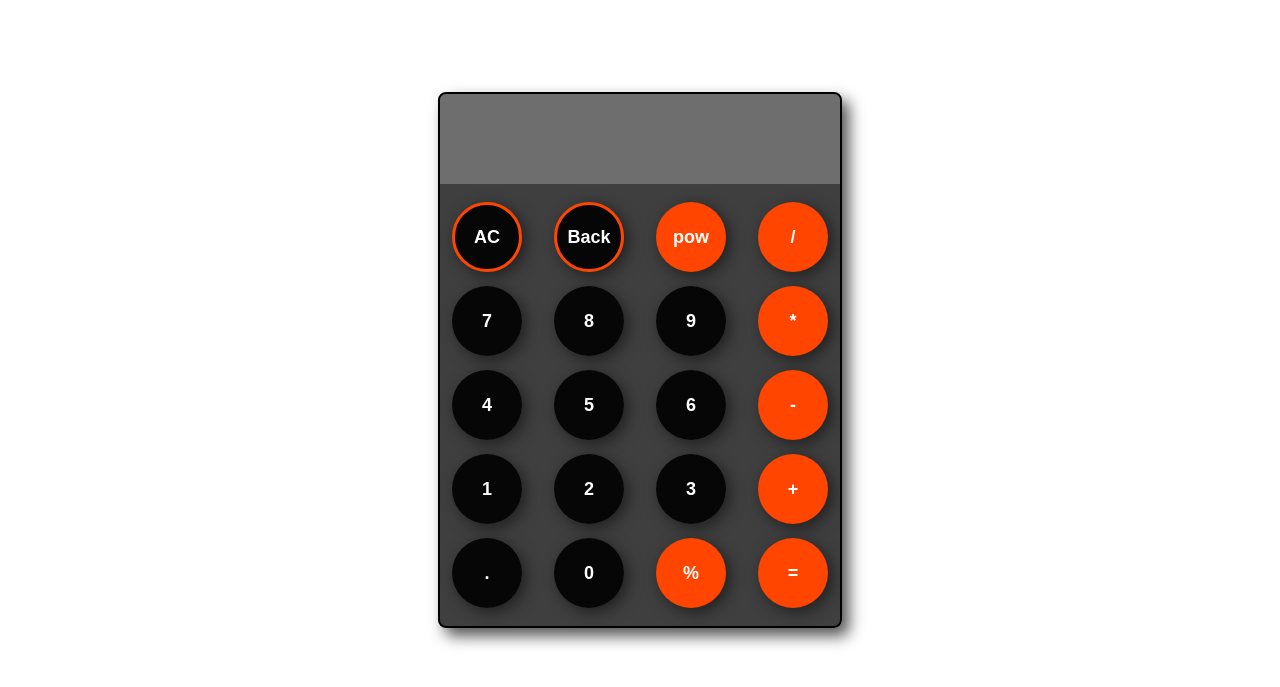
Repository: SakthivelDurai47/calculator
Page: index.html
The author's editor kept a copy of each file at every save. The page is drawn from the files as they stood at one save, then again after the next save.
The browser window is 1280 px wide. The pictures show the whole page.

Above is the page before, as saved 2025-04-13 15:57:27.

### index.html
<!DOCTYPE html>
<html lang="en">
  <head>
    <meta charset="UTF-8" />
    <meta name="viewport" content="width=device-width, initial-scale=1.0" />
    <title>Calculator</title>
    <link rel="stylesheet" href="styles.css" />
  </head>
  <body>
    <div id="calculator">
      <input id="display" readonly />
      <div id="buttons">
        <button onclick="clearDisplay()" class="control">AC</button>
        <button onclick="removeFromDisplay()" class="control">Back</button>
        <button onclick="addToDisplay('**')" class="operator">pow</button>
        <button onclick="addToDisplay('/')" class="operator">/</button>
        <button onclick="addToDisplay('7')">7</button>
        <button onclick="addToDisplay('8')">8</button>
        <button onclick="addToDisplay('9')">9</button>
        <button onclick="addToDisplay('*')" class="operator">*</button>
        <button onclick="addToDisplay('4')">4</button>
        <button onclick="addToDisplay('5')">5</button>
        <button onclick="addToDisplay('6')">6</button>
        <button onclick="addToDisplay('-')" class="operator">-</button>
        <button onclick="addToDisplay('1')">1</button>
        <button onclick="addToDisplay('2')">2</button>
        <button onclick="addToDisplay('3')">3</button>
        <button onclick="addToDisplay('+')" class="operator">+</button>
        <button onclick="addToDisplay('.')">.</button>
        <button onclick="addToDisplay('0')">0</button>
        <button onclick="addToDisplay('%')" class="operator">%</button>
        <button onclick="calculate()" class="operator">=</button>
      </div>
    </div>
    <script src="index.js"></script>
  </body>
</html>

### styles.css
body {
  margin: 0;
  display: flex;
  justify-content: center;
  align-items: center;
  height: 100vh;
}
#buttons {
  display: grid;
  grid-template-columns: repeat(4, 1fr);
  gap: 8px;
  align-items: center;
  justify-items: center;
}
button {
  width: 70px;
  height: 70px;
  border-radius: 35px;
  border: none;
  background-color: rgba(0, 0, 0, 0.9);
  color: white;
  font-size: large;
  font-weight: bold;
  margin: 3px;
  margin-left: 10px;
  margin-right: 10px;
  box-shadow: 4px 4px 15px rgba(0, 0, 0, 0.5);
}
button:hover {
  background-color: rgba(0, 0, 0, 0.5);
}
button:active {
  background-color: rgba(0, 0, 0, 0.1);
}
.control {
  border: 3px solid orangered;
}
.operator {
  background-color: orangered;
}
.operator:hover {
  background-color: rgba(255, 68, 0, 0.564);
}
.operator:active {
  background-color: rgba(255, 68, 0, 0.128);
}
#calculator {
  width: 400px;
  height: auto;
  background-color: rgba(0, 0, 0, 0.751);
  border-radius: 8px;
  box-shadow: 7px 8px 15px rgba(0, 0, 0, 0.678);
  overflow: hidden;
  padding-bottom: 15px;
  border: 2px solid black;
}
#display {
  width: 100%;
  height: 70px;
  margin-bottom: 15px;
  border: none;
  background-color: rgba(137, 137, 137, 0.642);
  color: white;
  font-size: 38px;
  letter-spacing: 3px;
  font-weight: bold;
  padding: 10px;
}

### index.js
const display = document.getElementById("display");
let preValue = [""];
let errors = false;

function addToDisplay(input) {
  if (!errors) {
    display.value += input;
    preValue.push(display.value);
  } else {
    display.value = "";
    preValue = [""];
    errors = false;
    addToDisplay(input);
  }
}

function clearDisplay() {
  display.value = "";
  preValue = [""];
  errors = false;
}

function removeFromDisplay() {
  if (preValue.length > 1) {
    preValue.pop();
    display.value = preValue[preValue.length - 1];
    console.log(preValue);
  }
}

function calculate() {
  try {
    display.value = eval(display.value);
  } catch (error) {
    display.value = "error";
    errors = true;
  }
}

After the next save:
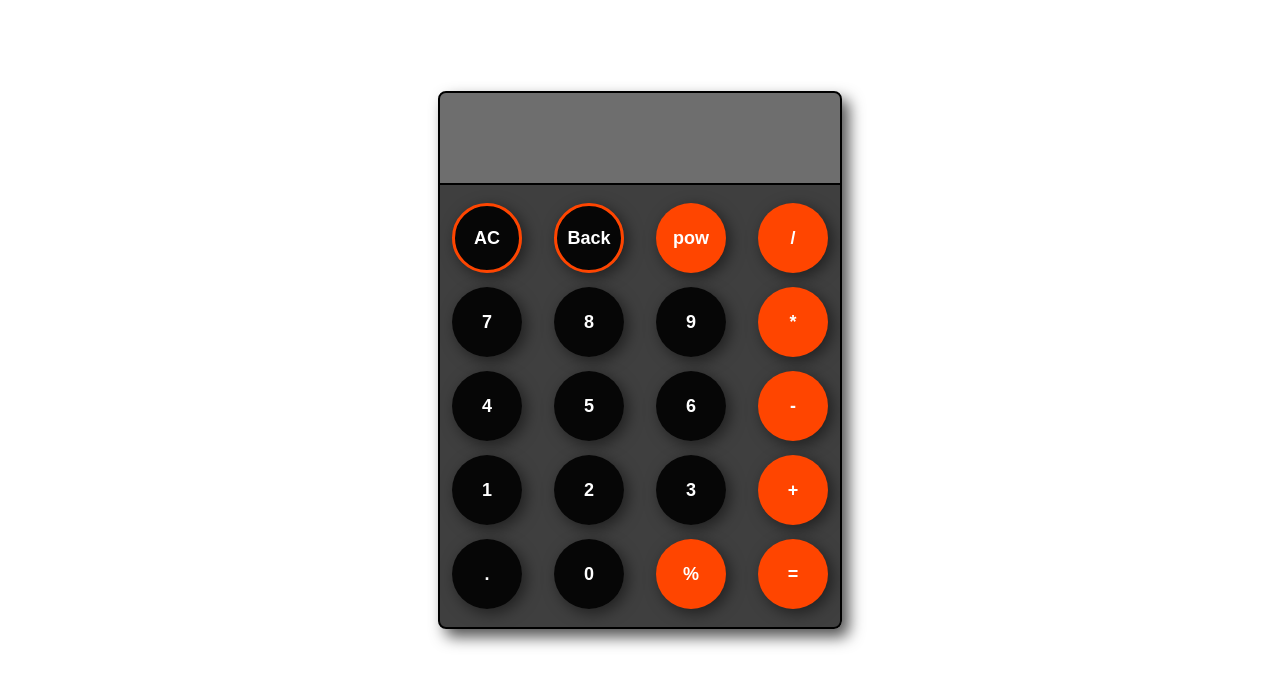
Saved 15 s later.
--- a/styles.css
+++ b/styles.css
@@ -65,4 +65,5 @@ button:active {
   letter-spacing: 3px;
   font-weight: bold;
   padding: 10px;
+  border-bottom: 2px solid black;
 }
